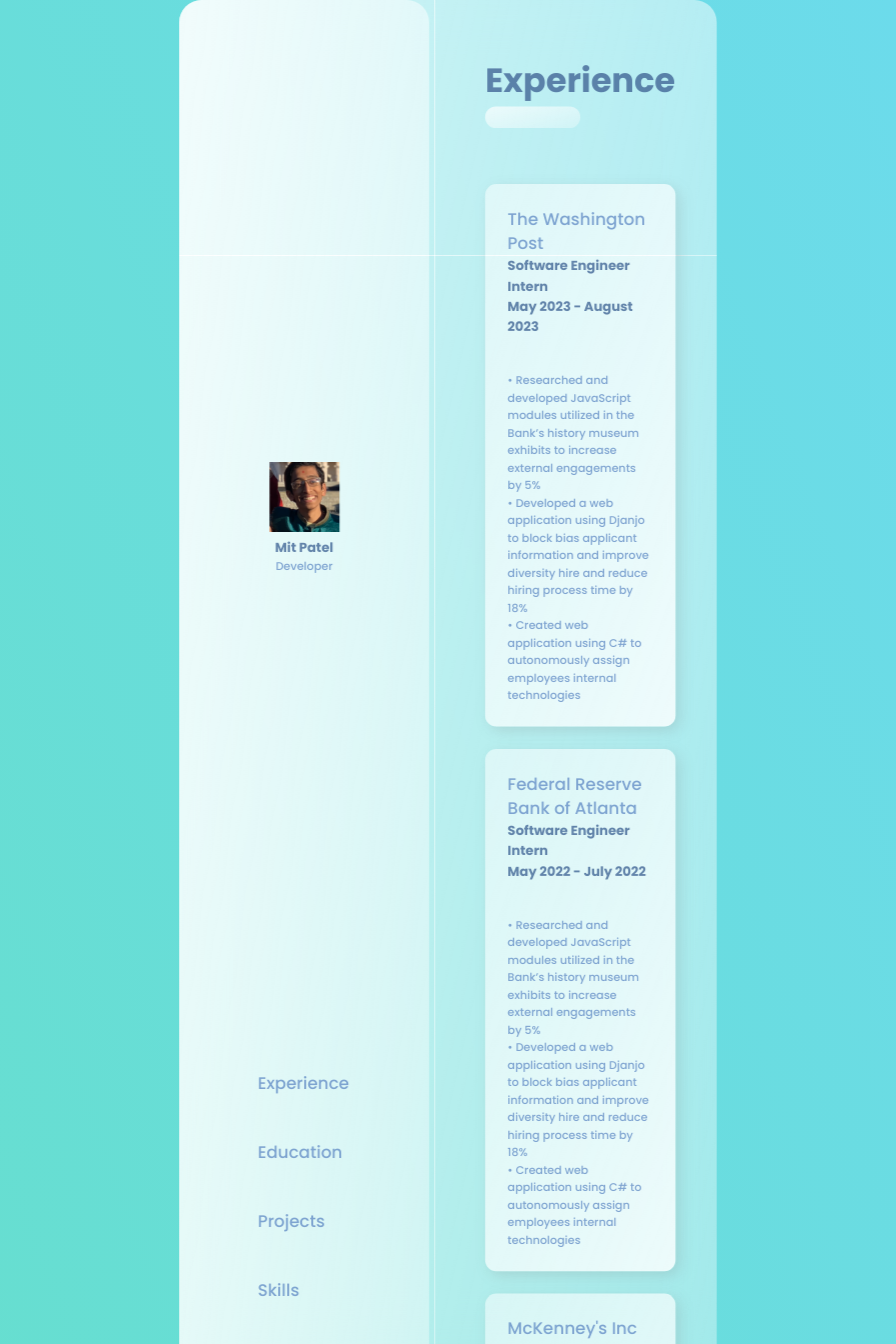
Repository: mitrpatel/mitrpatel.github.io
Page: Experience.html
These files come from the project's save history. The page is drawn as it stood at one moment and after the next save; the edit follows.
The browser window is 1280 px wide. The pictures show the part of the page from y = 0 to 1920 px (the page is 3389 px tall before and 2939 px after), at 70% of full size.

Above is the page before, as saved 2023-05-10 14:36:53.

### Experience.html
<!DOCTYPE html>
<html lang="en">
  <head>
    <meta charset="UTF-8" />
    <meta name="viewport" content="width=device-width, initial-scale=3.0" />
    <title>Mit Patel | Experience</title>
    <link rel="preconnect" href="https://fonts.gstatic.com" />
    <link
      href="https://fonts.googleapis.com/css2?family=Poppins:wght@400;500;700&display=swap"
      rel="stylesheet"
    />
    <link rel="stylesheet" href="./style.css" />
  </head>
  <body>
    <main>
      <section class="glass">
        <div class="dashboard">
          <div class="user">
            <img src="./images/mit.png" alt="" />
            <h3>Mit Patel</h3>
            <a href = index.html>
                <p>Developer</p>
                </a>
          </div>
          <div class="links">
            <div class ="link">
            <a href = "Experience.html">
            <h2>Experience</h2>
            </a>
          </div>
            <div class="link">
              <a href="Education.html">
              <h2>Education</h2>
              </a>
            </div>
            <div class="link">
              <a href="Projects.html">
              <h2>Projects</h2>
              </a>
            </div>
            <div class="link">
              <a href="Skills.html">
              <h2>Skills</h2>
              </a>
            </div>
            <div class="link">
              <a href="Leadership.html">
              <h2>Leadership</h2>
              </a>
            </div>
          </div>
          <div class="pro">
            <a href = "Contact.html">
            <h3>Contact Me!</h3>
            </a>
          </div>
        </div>

        <div class="games">
          <div class="status">
            <h1>Experience</h1>
            <input type="text" />
          </div>

          <div class="cards">

            <div class="card">
              <div class="card-info">
                <h2>The Washington Post</h2>
                <h3><b>Software Engineer Intern</b></h3>
                <h3>May 2023 - August 2023</h3>
                <br></br>
                <p>• Researched and developed JavaScript modules utilized in the Bank’s history museum exhibits to increase external engagements by 5%
<br>• Developed a web application using Djanjo to block bias applicant information and improve diversity hire and reduce hiring process time by 18%
<br>• Created web application using C# to autonomously assign employees internal technologies</p>
                <div class="progress"></div>
              </div>
              <h2 class="percentage"></h2>
            </div>

             <div class="card">
              <div class="card-info">
                <h2>Federal Reserve Bank of Atlanta</h2>
                <h3><b>Software Engineer Intern</b></h3>
                <h3>May 2022 - July 2022</h3>
                <br></br>
                <p>• Researched and developed JavaScript modules utilized in the Bank’s history museum exhibits to increase external engagements by 5%
<br>• Developed a web application using Djanjo to block bias applicant information and improve diversity hire and reduce hiring process time by 18%
<br>• Created web application using C# to autonomously assign employees internal technologies</p>
                <div class="progress"></div>
              </div>
              <h2 class="percentage"></h2>
            </div>

            <div class="card">
              <div class="card-info">
                <h2>McKenney's Inc</h2>
                <h3><b>Software Engineer Intern</b></h3>
                <h3>Jan 2022 - May 2022</h3>
                <br></br>
                <p>• Plan and execute weekly activities to help approximately 120 youths develop skills such as responsibility,
                  leadership, and selflessness<br>• Schedule and organize monthly meetings between Youth Leaders to discuss youth activities’ monthly objectives<br>• Mentor and assist students by providing meaningful life skills and tips to help them progress academically,
                  spiritually, and socially</p>
                <div class="progress"></div>
              </div>
              <h2 class="percentage"></h2>
            </div>

            <div class="card">
                <div class="card-info">
                  <h2>KemNu</h2>
                  <h3><b>Full Stack Developer Intern</b></h3>
                  <h3>May 2021 - July 2021</h3>
                  <br></br>
                  <p>• Used JavaScript and React.js to build advanced calendar web pages allowing efficient interaction between users
                    within the organization <br>• Incorporated Material UI and CSS to create front end web pages for multiple organizations, allowing them to see various user interaction data<br>• Implemented Firebase Database to store user data and Firebase Auth to decrease log in time by 16%
                    </p>
                  <div class="progress"></div>
                </div>
                <h2 class="percentage"></h2>
              </div>

### style.css
* {
  margin: 0;
  padding: 0;
  box-sizing: border-box;
}

h1 {
  color: #426696;
  font-weight: 600;
  font-size: 3rem;
  opacity: 0.8;
}
h2,
p {
  color: #658ec6;
  font-weight: 500;
  opacity: 0.8;
}

h3 {
  color: #426696;
  font-weight: 600;
  opacity: 0.8;
}

main {
  font-family: "Poppins", sans-serif;
  min-height: 100vh;
  background: linear-gradient(to right top, #65dfc9, #6cdbeb);
  display: flex;
  align-items: center;
  justify-content: center;
}

.glass {
  background: white;
  min-height: 80vh;
  width: 60%;
  background: linear-gradient(
    to right bottom,
    rgba(255, 255, 255, 0.7),
    rgba(255, 255, 255, 0.3)
  );
  border-radius: 2rem;
  z-index: 2;
  backdrop-filter: blur(2rem);
  display: flex;
}
.circle1,
.circle2 {
  background: white;
  background: linear-gradient(
    to right bottom,
    rgba(255, 255, 255, 0.8),
    rgba(255, 255, 255, 0.3)
  );
  height: 20rem;
  width: 20rem;
  position: absolute;
  border-radius: 50%;
}

.circle1 {
  top: 5%;
  right: 15%;
}
.circle2 {
  bottom: 5%;
  left: 10%;
}
.dashboard {
  flex: 1;
  display: flex;
  flex-direction: column;
  align-items: center;
  justify-content: space-evenly;
  text-align: center;
  background: linear-gradient(
    to right bottom,
    rgba(255, 255, 255, 0.7),
    rgba(255, 255, 255, 0.3)
  );
  border-radius: 2rem;
}
.link {
  display: flex;
  margin: 2rem 0rem;
  padding: 1rem 5rem;
  align-items: center;
  color: orange;
}
.link h2 {
  padding: 0rem 2rem;
}

.games {
  flex: 2;
}

.pro {
  background: linear-gradient(to right top, #65dfc9, #6cdbeb);
  border-radius: 2rem;
  color: white;
  padding: 1rem;
  position: relative;
}

.pro img {
  position: absolute;
  top: -10%;
  right: 10%;
}
.pro h2 {
  width: 40%;
  color: white;
  font-weight: 600;
}

/* GAMES */
.status {
  margin-bottom: 3rem;
}

.status input {
  background: linear-gradient(
    to right bottom,
    rgba(255, 255, 255, 0.7),
    rgba(255, 255, 255, 0.3)
  );
  border: none;
  width: 50%;
  padding: 0.5rem;
  border-radius: 2rem;
}

.games {
  margin: 5rem;
  display: flex;
  flex-direction: column;
  justify-content: space-evenly;
}

.card {
  display: flex;
  background: linear-gradient(
    to left top,
    rgba(255, 255, 255, 0.8),
    rgba(255, 255, 255, 0.5)
  );
  border-radius: 1rem;
  margin: 2rem 0rem;
  padding: 2rem;
  box-shadow: 6px 6px 20px rgba(122, 122, 122, 0.212);
  justify-content: space-between;
}

.progress {
  background: linear-gradient(to right top, #65dfc9, #6cdbeb);
  width: 100%;
  height: 25%;
  border-radius: 1rem;
  position: relative;
  overflow: hidden;
}
.progress::after {
  content: "";
  width: 100%;
  height: 100%;
  background: rgb(236, 236, 236);
  position: absolute;
  left: 60%;
}
.card-info {
  display: flex;
  flex-direction: column;
  justify-content: space-between;
}

.percentage {
  font-weight: bold;
  background: linear-gradient(to right top, #65dfc9, #6cdbeb);
  -webkit-background-clip: text;
  -webkit-text-fill-color: transparent;
}

a:link {
  color: #658ec6;
  background-color: transparent;
  text-decoration: none;
}

a:visited {
  color: #658ec6;
  background-color: transparent;
  text-decoration: none;
}

a:hover {
  color: #658ec6;
  background-color: transparent;
  text-decoration: underline;
}

a:active {
  color: #658ec6;
  background-color: transparent;
  text-decoration: underline;
}

After the next save:
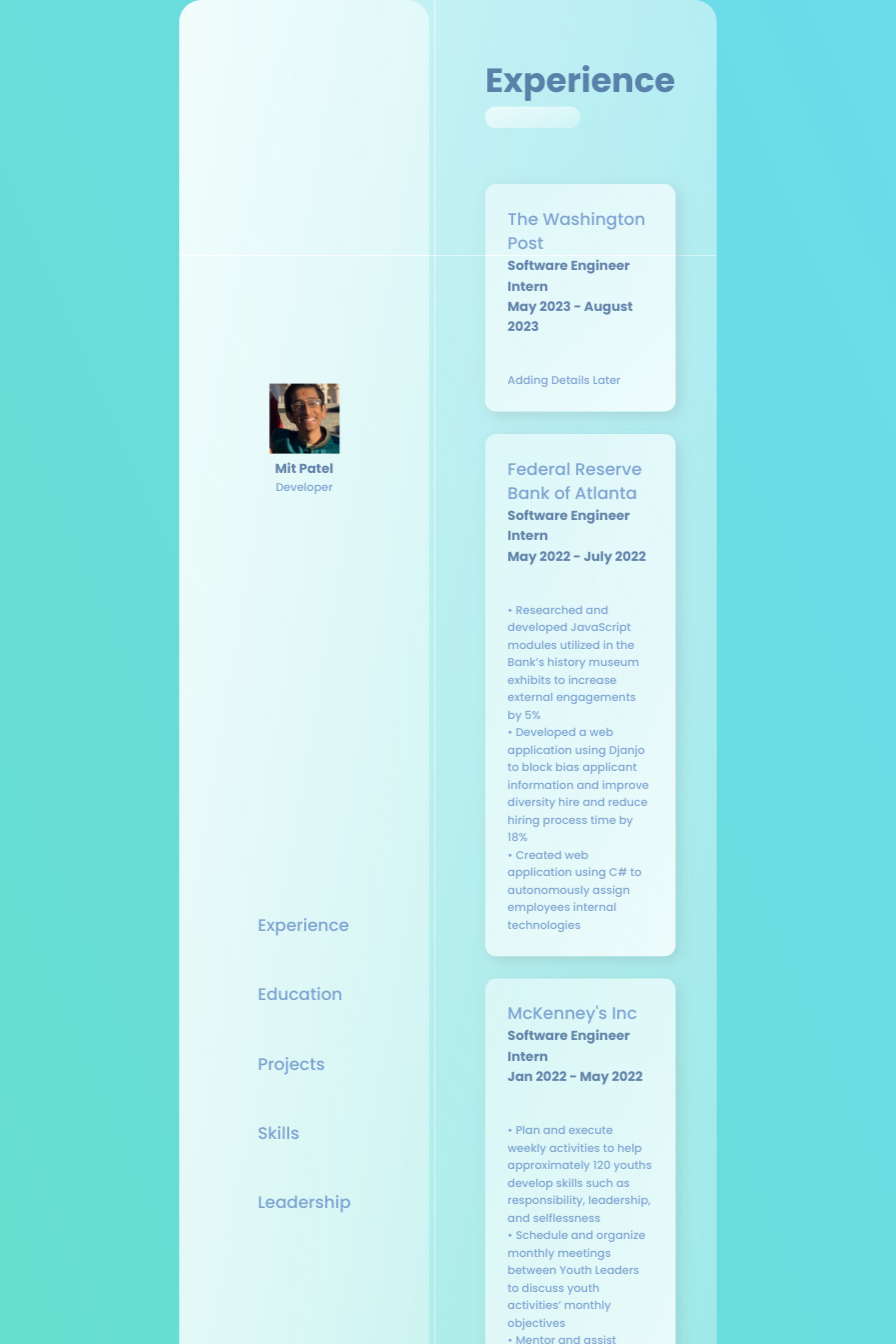
Saved 15 s later.
--- a/Experience.html
+++ b/Experience.html
@@ -70,9 +70,7 @@
                 <h3><b>Software Engineer Intern</b></h3>
                 <h3>May 2023 - August 2023</h3>
                 <br></br>
-                <p>• Researched and developed JavaScript modules utilized in the Bank’s history museum exhibits to increase external engagements by 5%
-<br>• Developed a web application using Djanjo to block bias applicant information and improve diversity hire and reduce hiring process time by 18%
-<br>• Created web application using C# to autonomously assign employees internal technologies</p>
+                <p>Adding Details Later</p>
                 <div class="progress"></div>
               </div>
               <h2 class="percentage"></h2>
